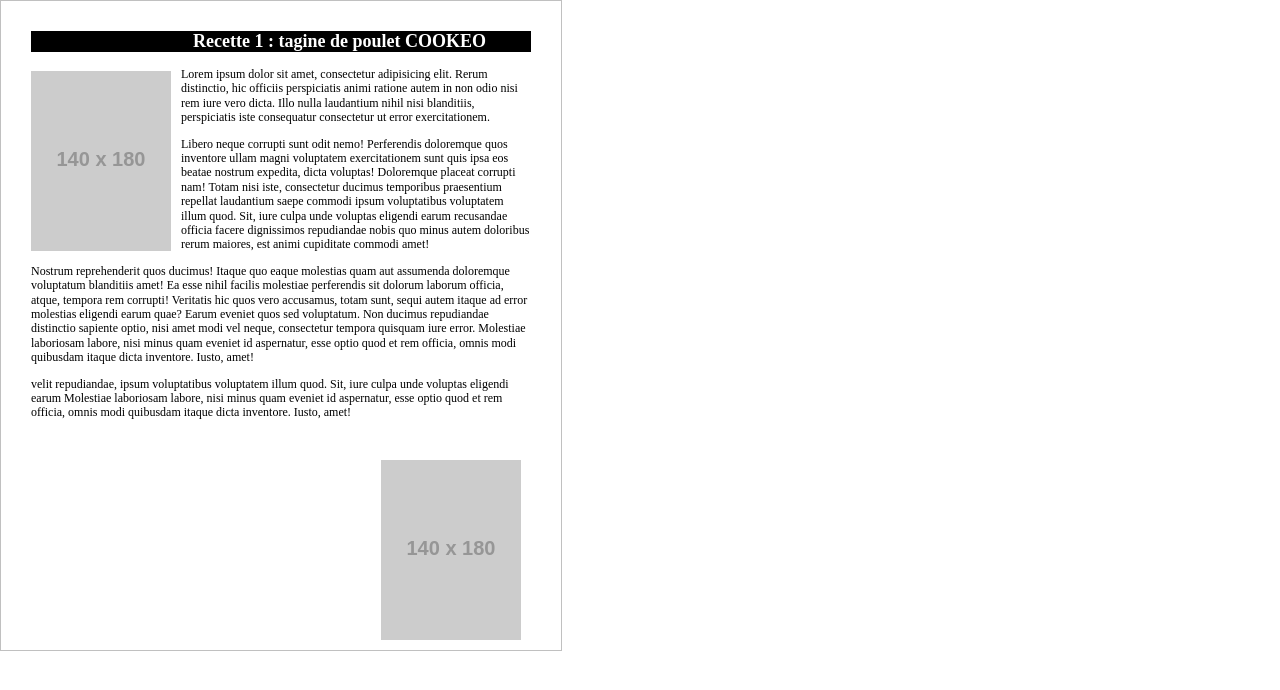
Repository: Luc010/Exercices
Page: HTML CSS/cours/float4.html
The author's editor kept a copy of each file at every save. The page is drawn from the files as they stood at one save, then again after a run of saves.
The browser window is 1280 px wide. The pictures show the whole page.

Above is the page before, as saved 2019-09-05 11:54:40.

### HTML CSS/cours/float4.html
<!DOCTYPE html>
<html lang="fr">
<head>
    <meta charset="UTF-8">
    <title>Document</title>
    <style>
        body {
            margin: 0;
            font-family: corbel;
            font-size: 12px;

        }
        .col2 {
            width: 560px;
            min-height: 450px;
            background-color: white;
            overflow: hidden;
            border: 1px solid silver;

        }
        article h1 {
            background-color: black;
            color: white;
            text-indent: 12px;

        }
        article {
            margin: 30px;

        }
        p {
            margin-bottom: 0;
            line-height: 120%;
        }
    </style>
</head>
<body>
    <div class="col2">
        <article>
            <img src="https://via.placeholder.com/140x180" style="float: left;padding: 40px 10px 10px 0">
            <h1>Recette 1 : tagine de poulet COOKEO</h1>
            <!-- <img  src="https://via.placeholder.com/140x180" alt=""> -->
            <p>Lorem ipsum dolor sit amet, consectetur adipisicing elit. Rerum distinctio, hic officiis perspiciatis
                animi ratione autem in non odio nisi rem iure vero dicta. Illo nulla laudantium nihil nisi blanditiis,
                perspiciatis iste consequatur consectetur ut error exercitationem. </p>

            <p>Libero neque corrupti sunt odit nemo! Perferendis doloremque quos inventore ullam magni voluptatem
                exercitationem sunt quis ipsa eos beatae nostrum expedita, dicta voluptas! Doloremque placeat corrupti
                nam! Totam nisi iste, consectetur ducimus temporibus praesentium repellat laudantium saepe commodi ipsum
                voluptatibus voluptatem illum quod. Sit, iure culpa unde voluptas eligendi earum recusandae officia
                facere dignissimos repudiandae nobis quo minus autem doloribus rerum maiores, est animi cupiditate
                commodi amet! </p>

            <p>Nostrum reprehenderit quos ducimus! Itaque quo eaque molestias quam aut assumenda doloremque voluptatum
                blanditiis amet! Ea esse nihil facilis molestiae perferendis sit dolorum laborum officia, atque, tempora
                rem corrupti! Veritatis hic quos vero accusamus, totam sunt, sequi autem itaque ad error molestias
                eligendi earum quae? Earum eveniet quos sed voluptatum. Non ducimus repudiandae distinctio sapiente
                optio, nisi amet modi vel neque, consectetur tempora quisquam iure error. Molestiae laboriosam labore,
                nisi minus quam eveniet id aspernatur, esse optio quod et rem officia, omnis modi quibusdam itaque dicta
                inventore. Iusto, amet!</p>

            <p>velit repudiandae, ipsum voluptatibus voluptatem illum quod. Sit, iure culpa unde voluptas eligendi earum
                Molestiae laboriosam labore, nisi minus quam eveniet id aspernatur, esse optio quod et rem officia,
                omnis modi quibusdam itaque dicta inventore. Iusto, amet!</p>
            <img src="https://via.placeholder.com/140x180" style="float: right;padding: 40px 10px 10px 0">

        </article>
    </div>
</body>
</html>

After the next 2 saves:
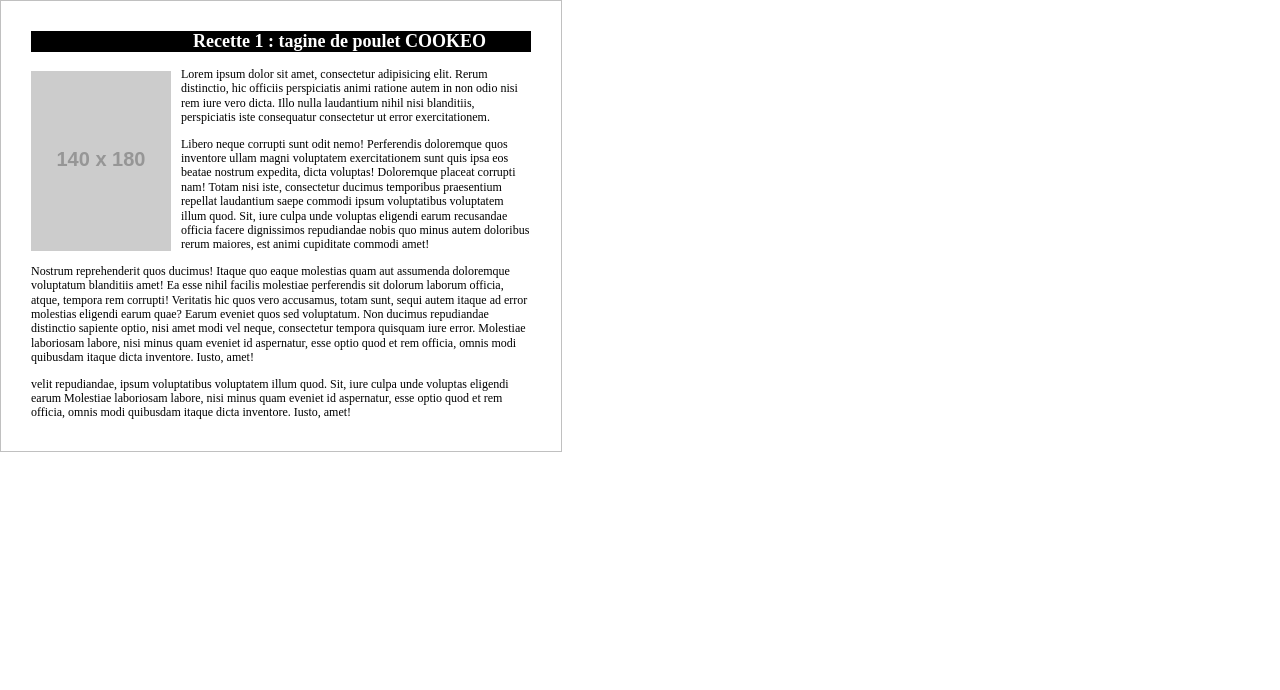
The 2 saves are shown as one change because they came seconds apart.
The last was saved 14 s later.
--- a/HTML CSS/cours/float4.html
+++ b/HTML CSS/cours/float4.html
@@ -62,7 +62,6 @@
             <p>velit repudiandae, ipsum voluptatibus voluptatem illum quod. Sit, iure culpa unde voluptas eligendi earum
                 Molestiae laboriosam labore, nisi minus quam eveniet id aspernatur, esse optio quod et rem officia,
                 omnis modi quibusdam itaque dicta inventore. Iusto, amet!</p>
-            <img src="https://via.placeholder.com/140x180" style="float: right;padding: 40px 10px 10px 0">
 
         </article>
     </div>
